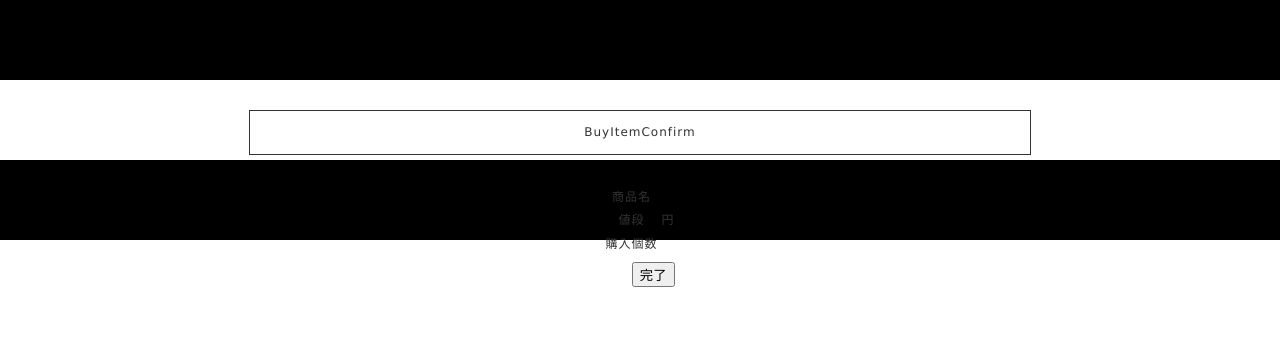
Repository: Eri-Naka/test
Page: http://localhost/template/buyItemConfirm.jsp
The author's editor kept a copy of each file at every save. The page is drawn from the files as they stood at one save, then again after the next save.
The browser window is 1280 px wide. The pictures show the whole page.
The page is served by Tomcat 9. Other server files are loaded and not shown.

Above is the page before, as saved 2018-06-21 06:57:38.

### template/WebContent/buyItemConfirm.jsp
<%@ page language="java" contentType="text/html; charset=UTF-8"
    pageEncoding="UTF-8"%>
    <%@ taglib prefix="s" uri="/struts-tags" %>
<!DOCTYPE html PUBLIC "-//W3C//DTD HTML 4.01 Transitional//EN" "http://www.w3.org/TR/html4/loose.dtd">
<html>
<head>
<meta http-equiv="Content-Type" content="text/html; charset=utf-8" />
<meta http-equiv="Content-Style-Type" content="text/css" />
<meta http-equiv="Content-Script-Type" content="text/javascript" />
<meta http-equiv="imagetoolbar" content="no" />
<meta name="description" content="" />
<meta name="keywords" content="" />

<title>buyItemConfirm画面</title>

<style type="text/css">


body{
margin: 0;
padding: 0;
line-height: 1.6;
letter-spacing: 1px;
font-family: Verdana,Helvetica,sans-serif;
font-size: 12px;
color: #333;
background: #fff;
}

table{
text-align: center;
margin: 0 auto;
}


#top{
width: 780px;
margin: 30px auto;
border: 1px solid #333;
}

#header{
width: 100%;
height: 80px;
background-color: black;
}

#main{
width: 100%;
height: 50px;
text-align: center;
}

#footer{
width: 100%;
height: 80px;
background-color: black;
clear:both;
}

</style>
</head>
<body>

<div id="header">
<div id="pr">
</div>
</div>

<div id="main">
<div id="top">
<p>BuyItemConfirm</p>
</div>

<div>
<s:form action="BuyItemConfirmAction">
<table>
<tr>

<td>商品名</td>
<td><s:property value="session.buyItem_name"/></td>
</tr>
<tr>
<td>値段</td>
<td>
<s:property value="session.buyItem_price"/>
<span>円</span>
</td>
</tr>
<tr>
<td>購入個数</td>
<td>
<s:property value = "session.pay"/></td>
</tr>

<tr>
<td><s:submit value = "完了"/>
</td>
</tr>
</table>
</s:form>
</div>
</div>

<div id="footer">
<div id="pr">
</div>
</div>

</body>
</html>

After the next save:
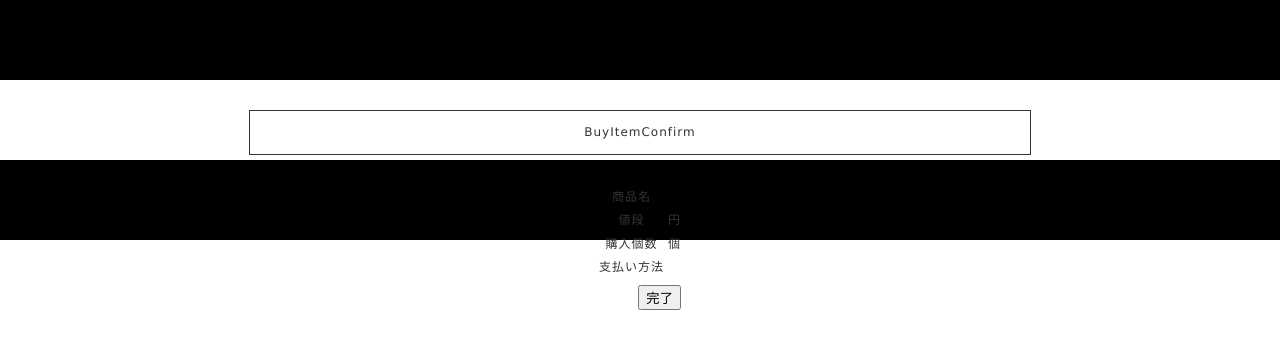
Saved 3 min 4 s later.
--- a/template/WebContent/buyItemConfirm.jsp
+++ b/template/WebContent/buyItemConfirm.jsp
@@ -90,7 +90,13 @@
 <tr>
 <td>購入個数</td>
 <td>
-<s:property value = "session.pay"/></td>
+<s:property value = "session.stock"/>
+<span>個</span>
+</td>
+</tr>
+<tr>
+<td>支払い方法</td>
+<td><s:property value = "session.pay"/></td>
 </tr>
 
 <tr>
